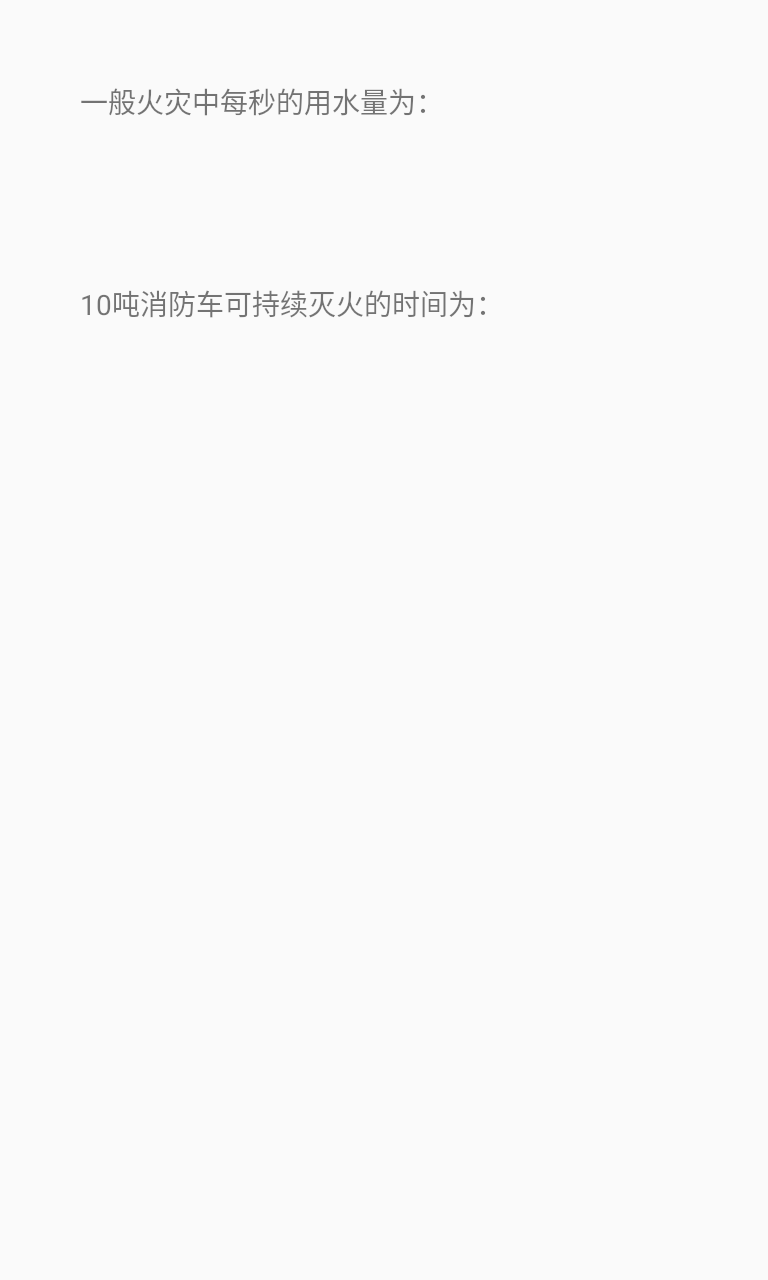
Repository: hohoTT/fireWork_handle_app
Layout: fireWork_handle_app/res/layout/olican_fire_water_result.xml
The author's editor kept a copy of each file at every save. The layout is drawn from the files as they stood at one save, then again after the next save.
It is drawn on a 768 x 1280 px phone screen (xhdpi) without system bars, with theme AppTheme; the app's code is not run.

Above is the layout before, as saved 2016-03-02 13:20:25.

After the next save:
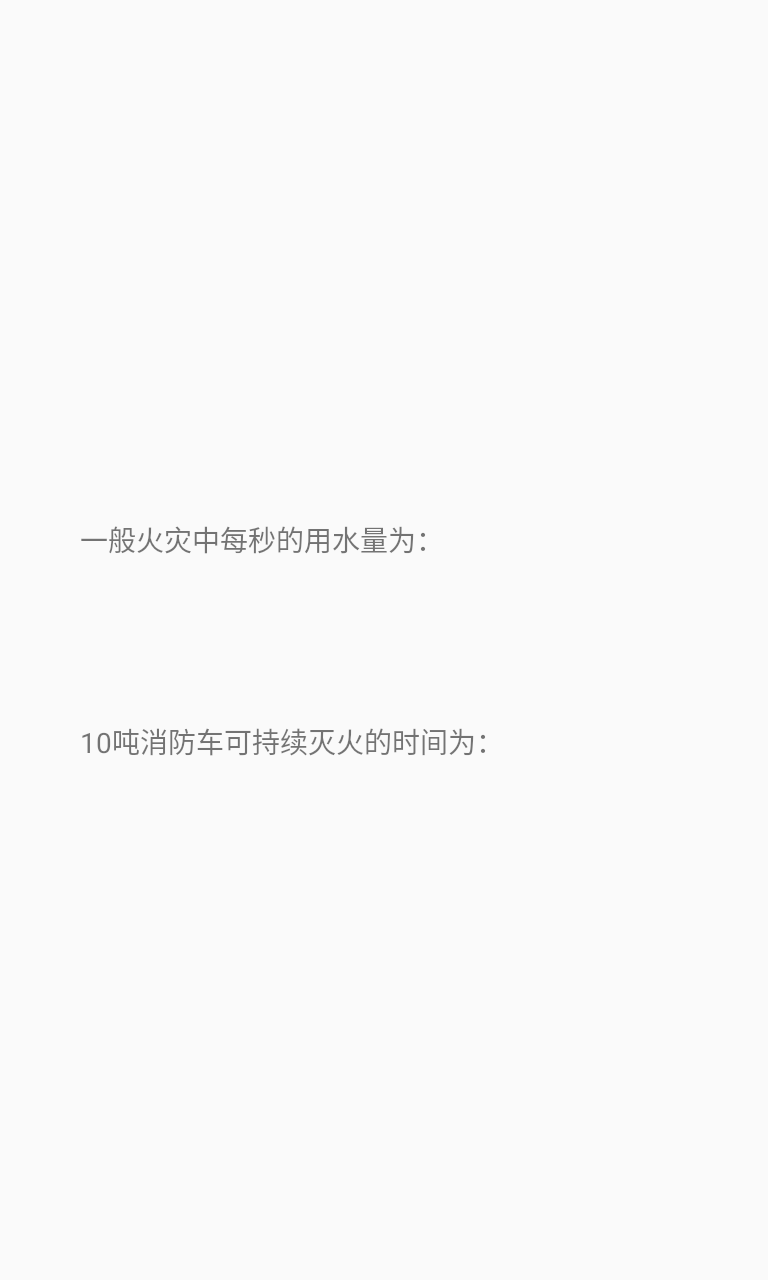
Saved 35 s later.
--- a/fireWork_handle_app/res/layout/olican_fire_water_result.xml
+++ b/fireWork_handle_app/res/layout/olican_fire_water_result.xml
@@ -2,10 +2,10 @@
 <LinearLayout xmlns:android="http://schemas.android.com/apk/res/android"
     android:layout_width="match_parent"
     android:layout_height="match_parent"
-    android:gravity="center_horizontal"
+    android:gravity="center_vertical"
     android:orientation="vertical" >
 
-<LinearLayout
+    <LinearLayout
 
         android:id="@+id/linear_water"
 	    android:layout_width="match_parent"
